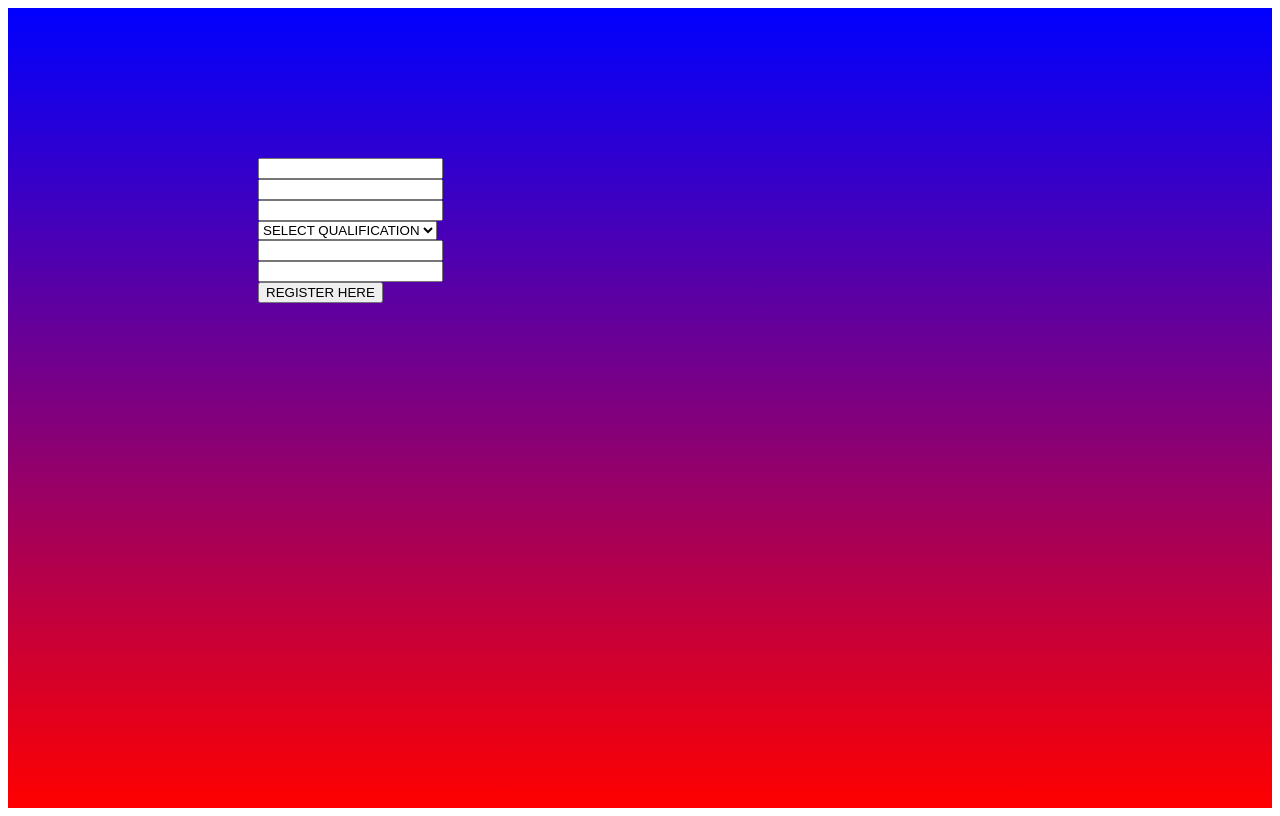
Repository: vaibhaokamble/MY_INSTITUTE_PUNE
Page: SERVLET/RegistrationApplication/src/main/webapp/register.html
These files come from the project's save history. The page is drawn as it stood at one moment and after the next save; the edit follows.
The browser window is 1280 px wide. The pictures show the whole page.

Above is the page before, as saved 2022-10-18 04:29:27.

### SERVLET/RegistrationApplication/src/main/webapp/register.html
<!DOCTYPE html>
<html>
<head>
<meta charset="UTF-8">
<title>Insert title here</title>
<link rel="stylesheet" href="css/style.css"/>
</head>
<body>
<div class="container">
<ul>
	<li> <input type='text' name='name' value=''/></li>
	<li> <input type='text' name='email' value=''/></li>
	<li> <input type='text' name='contact' value=''/></li>
	<li> <select name='qual'>
		<option> SELECT QUALIFICATION </option>
		<option> MCA</option>
		<option>B.SC</option>
		<option>12TH</option>
		<option>10TH</option>
	</select></li>
	<li><input type='text' name='username' value=''/></li>
	<li><input type='text' name='password' value=''/></li>
	<li><input type='submit' name='s' value='REGISTER HERE'/></li>

</ul>
</div>
</body>
</html>

### SERVLET/RegistrationApplication/src/main/webapp/css/style.css
@charset "UTF-8";

.container {
	width: 100%;
	height: 800px;
	background-image: linear-gradient(blue,red);
}

ul {
	list-style-type: none;
	padding: 50px;
	position: absolute;
	margin-left: 200px;
	margin-top: 100px;
}

After the next save:
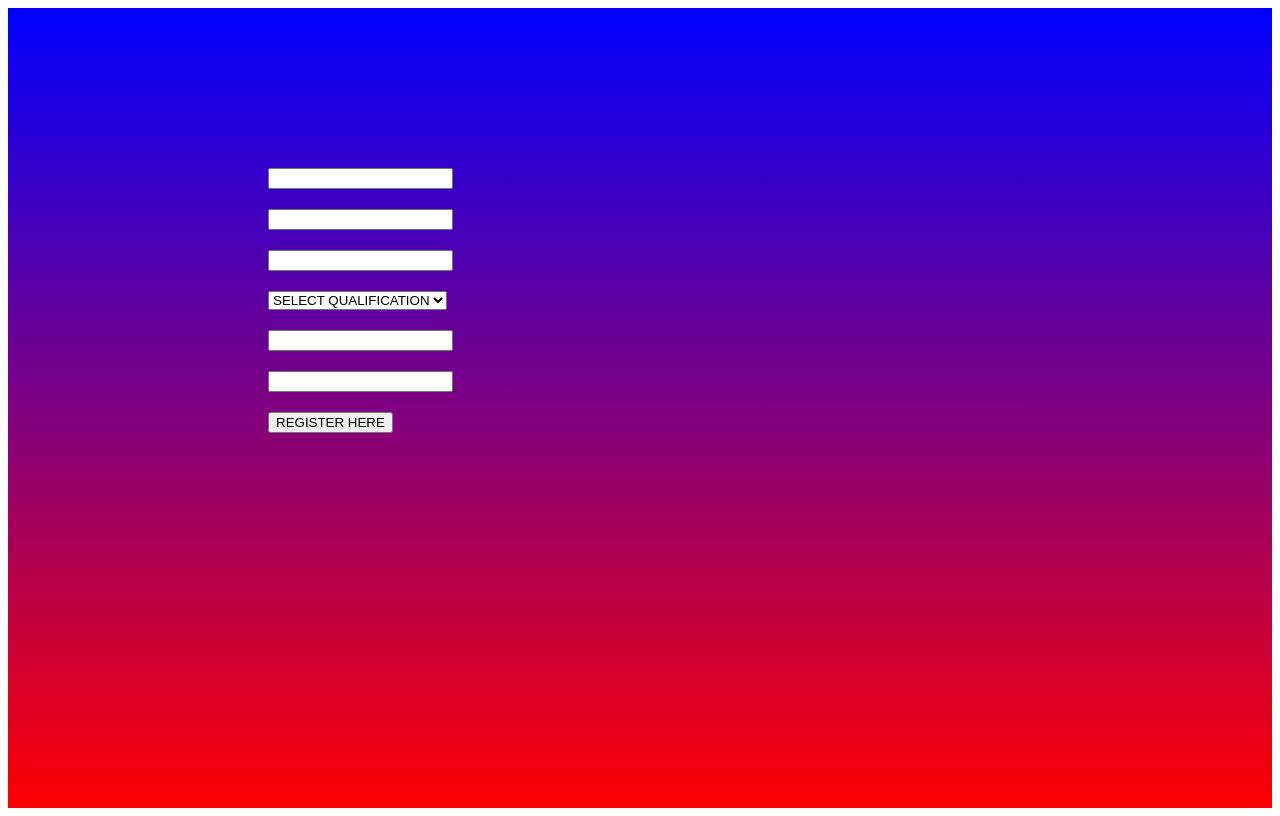
Saved 45 s later.
--- a/SERVLET/RegistrationApplication/src/main/webapp/css/style.css
+++ b/SERVLET/RegistrationApplication/src/main/webapp/css/style.css
@@ -13,3 +13,8 @@ ul {
 	margin-left: 200px;
 	margin-top: 100px;
 }
+
+ul li
+{
+	padding:10px;
+}
